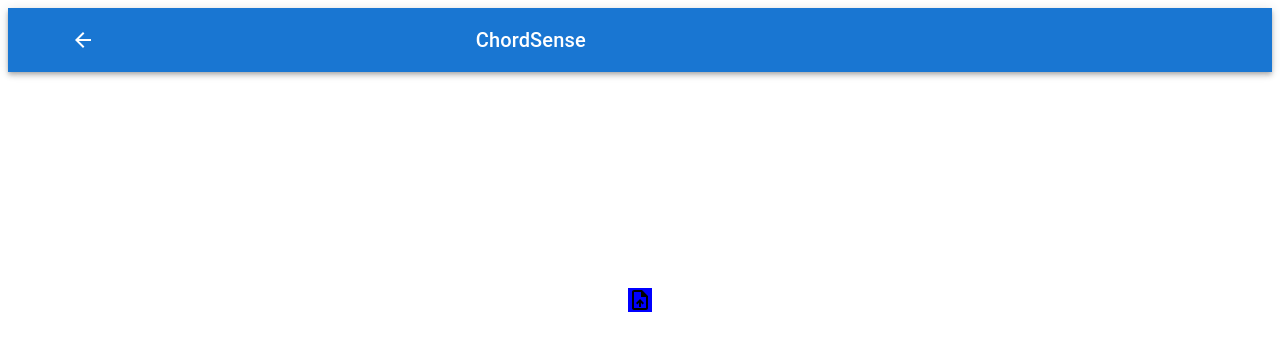
Repository: shamu332/ChordSense
Page: / (app in ui/)
These files come from the project's save history. The page is drawn as it stood at one moment and after the next save; the edit follows.
The browser window is 1280 px wide. The pictures show the whole page.
The project was rebuilt for these pictures with package versions that can differ from the ones it lists, and the page was loaded fresh each time. Also part of the build but not shown: ui/src/pages/Results.js.

Above is the page before, as saved 2023-03-11 14:27:30.

### ui/src/index.js

import React from "react";
import ReactDOM from "react-dom";
import { BrowserRouter as Router, Routes, Route } from "react-router-dom";
import Results from "./pages/Results";
import Landing from "./pages/Landing";

ReactDOM.render(
  <>
    <Router>
      <Routes>
        <Route path="/" element={<Landing />} />
        <Route path="/results" element={<Results />} />
      </Routes>
    </Router>
  </>,
  document.getElementById("root")
);

### ui/src/pages/Landing.js
import React, { useState } from "react";
import Header from "../Header";
import CircularProgress from "@mui/material/CircularProgress";
import UploadFileIcon from '@mui/icons-material/UploadFile';
import { useNavigate } from "react-router-dom";

function Scanner() {
  const [loader, setLoader] = useState(false);
  let navigate = useNavigate();

  function toggleLoader() {
    setLoader(!loader);
  }


  return (
    <>
      <Header />
      <div
        style={{
          display: "flex",
          justifyContent: "center",
          alignItems: "flex-end",
          height: "30vh",
        }}
      ></div>
      {loader ? (
        <div
          style={{
            display: "flex",
            justifyContent: "center",
            alignItems: "center",
            height: "30vh",
          }}
        >
          <CircularProgress />
        </div>
      ) : (
        <>
          <div
            style={{
              display: "flex",
              justifyContent: "center",
              alignItems: "center",
            }}
          >
            <UploadFileIcon
             sx={{
                bgcolor: 'blue',
              }}></UploadFileIcon>
          </div>
          <div
            style={{
              display: "flex",
              justifyContent: "center",
              alignItems: "center",
              height: "20vh",
            }}
          >
          </div>
        </>
      )}
    </>
  );
}

export default Scanner;

### ui/src/Header.js
import * as React from "react";
import AppBar from "@mui/material/AppBar";
import Box from "@mui/material/Box";
import Toolbar from "@mui/material/Toolbar";
import Typography from "@mui/material/Typography";
import IconButton from "@mui/material/IconButton";
import ArrowBackIcon from "@mui/icons-material/ArrowBack";
import { useNavigate } from "react-router-dom";

export default function Header() {
  const navigate = useNavigate();
  return (
    <Box sx={{ flexGrow: 1 }}>
      <AppBar position="static">
        <Toolbar>
          <IconButton
            size="large"
            edge="start"
            color="inherit"
            aria-label="menu"
            sx={{ mr: 2 }}
          ></IconButton>
          <ArrowBackIcon
            onClick={() => navigate(-1)}
            sx={{ position: "absolute", left: "5%" }}
          />
          <Typography
            variant="h6"
            component="div"
            sx={{ flexGrow: 1, position: "absolute", left: "37%" }}
          >
            ChordSense
          </Typography>
        </Toolbar>
      </AppBar>
    </Box>
  );
}

Loaded but not shown: ui/public/index.html (common file)

After the next save:
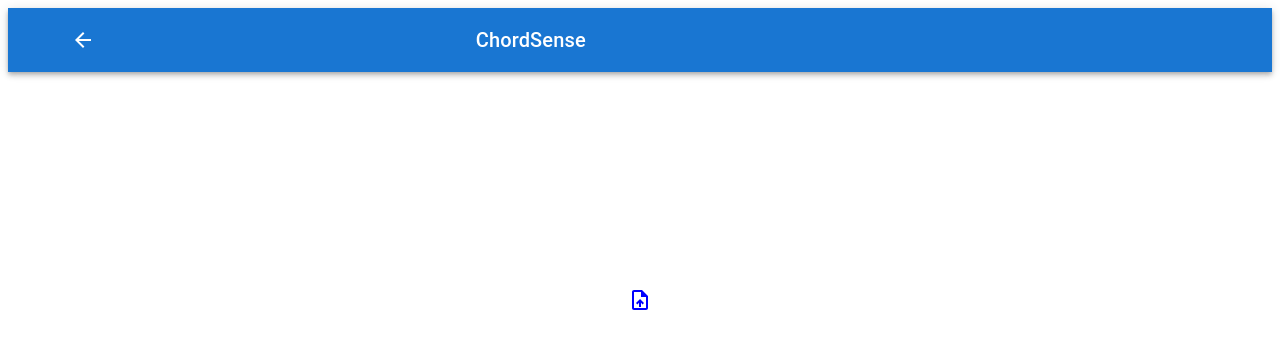
Saved 9 s later.
--- a/ui/src/pages/Landing.js
+++ b/ui/src/pages/Landing.js
@@ -46,7 +46,7 @@ function Scanner() {
           >
             <UploadFileIcon
              sx={{
-                bgcolor: 'blue',
+                color: 'blue',
               }}></UploadFileIcon>
           </div>
           <div
